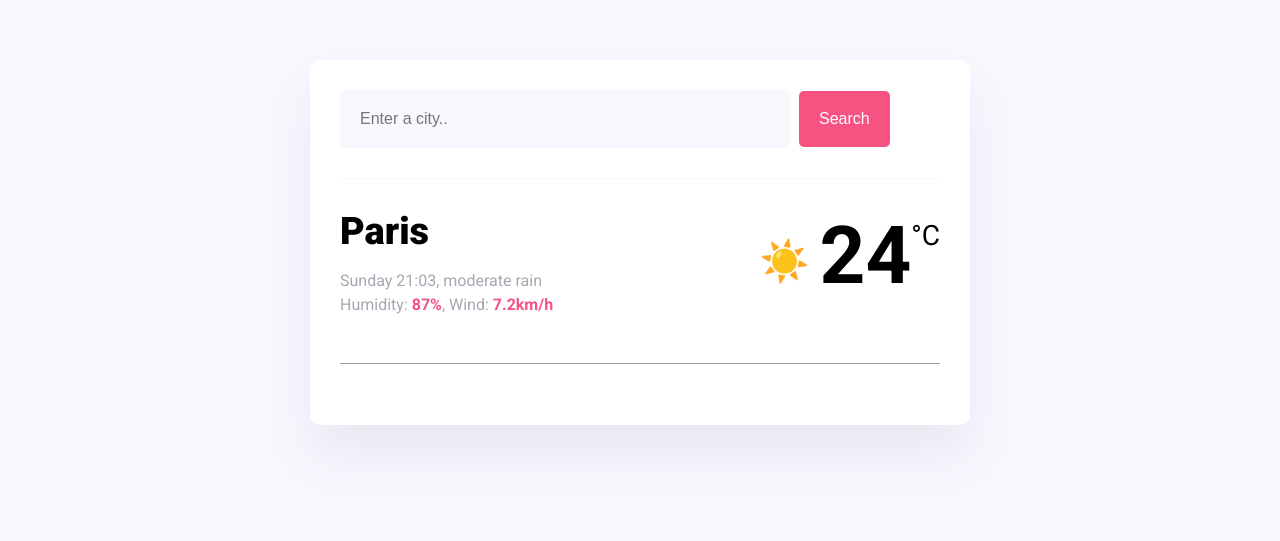
Repository: RuthTom711/weather-app-project
Page: index.html
The author's editor kept a copy of each file at every save. The page is drawn from the files as they stood at one save, then again after the next save.
The browser window is 1280 px wide. The pictures show the whole page.
Some web libraries are served in a nearby version.

Above is the page before, as saved 2025-11-10 03:18:40.

### index.html
<!DOCTYPE html>
<html lang="en">
  <head>
    <meta charset="UTF-8" />
    <meta name="viewport" content="width=device-width, initial-scale=1.0" />
    <link rel="preconnect" href="https://fonts.googleapis.com" />
    <link rel="preconnect" href="https://fonts.gstatic.com" crossorigin />
    <script src="https://cdn.jsdelivr.net/npm/axios@1.6.7/dist/axios.min.js"></script>
    <link
      href="https://fonts.googleapis.com/css2?family=Roboto:ital,wght@0,100;0,400;0,500;0,700;0,900;1,100;1,300;1,400;1,500;1,700;1,900&display=swap"
      rel="stylesheet"
    />
    <link rel="stylesheet" href="styles.css" />
    <title>My weather application</title>
  </head>
  <body>
    <div class="weather-app">
      <header>
        <form id="search-form">
          <input
            type="search"
            placeholder="Enter a city.."
            required
            class="search-input"
            id="search-input"
          />
          <input type="submit" value="Search" class="search-button" />
        </form>
      </header>
      <main>
        <div class="current-weather">
          <div>
            <h1 class="current-city" id="current-city">Paris</h1>
            <p class="current-details">
              <span id="current-date"></span>, moderate rain <br />
              Humidity: <strong>87%</strong>, Wind: <strong>7.2km/h</strong>
            </p>
          </div>
          <div class="current-temperature">
            <span class="current-temperature-icon">☀️</span
            ><span
              class="current-temperature-value"
              id="current-temperature-value"
              >24</span
            ><span class="current-temperature-unit">°C</span>
          </div>
        </div>
      </main>
      <footer>
        <p>

        </p>
      </footer>
    </div>
  </body>
  <script src="index.js"></script>
</html>

### styles.css
body {
    background: #f9f7fe;
    font-family: "Roboto", sans-serif;
}

a {
    color: #f65282;
}

.weather-app {
    background: white;
    max-width: 600px;
    margin: 60px auto;
    padding: 30px;
    border-radius: 10px;
    box-shadow: 0 30px 50px rgba(65, 50, 100, 0.08);
}

header {
    border-bottom: 1px solid #f9f7fe;
    padding-bottom: 30px;
}

.search-input {
    background-color: #f9f7fe;
    border: none;
    color: rgba(39, 33, 66, 0.4);
    font-size: 16px;
    padding: 20px;
    width: 75%;
    border-radius: 6px;
}

.search-button {
    margin-left: 5px;
    font-size: 16px;
    background-color: #f65282;
    color: white;
    border: none;
    padding: 20px;
    line-height: 1;
    border-radius: 5px;
}

main {
    padding: 30px 0;
}

.current-temperature {
    font-size: 48px;
}

.current-weather {
    display: flex;
    justify-content: space-between;
}

.current-city {
    font-size: 38px;
    font-weight: 900;
    margin: 0;
}

.current-details {
    color: rgba(39, 33, 66, 0.4);
    font-size: 16px;
    font-weight: 400;
    line-height: 24px;
}

.current-details strong {
    color: #f65282;
}

.current-temperature-icon {
    position: relative;
    top: -8px;
    font-size: 40px;
    margin-right: 10px;
}

.current-temperature-value {
    font-size: 80px;
    font-weight: bold;
}

.current-temperature-unit {
    font-size: 28px;
    position: relative;
    top: -38px;
}

footer {
    border-top: 1px solid #27214270;
    text-align: center;
    padding-top: 15px;

    color: rgba(39, 33, 66, 0.44);
}

### index.js
function search(event) { event.preventDefault();
let searchInputElement = document.querySelector("#search-input");
let cityElement = document.querySelector("#current-city");
let city = searchInputElement.value; cityElement.innerHTML = city;
let apiKey = "2bf02005obb4ft73c247eba0b4e8f73d";
let apiUrl = `https://api.shecodes.io/weather/v1/current?query=${city}&key=${apiKey}`;

axios.get(apiUrl).then(displayTemperature);
 }
function displayTemperature(response) {
console.log(response.data);
let temperature = Math.round(response.data.temperature.current);
let temperatureElement = document.querySelector("#current-temperature-value"); temperatureElement.innerHTML = temperature;
}
function formatDate(date) {
  let minutes = date.getMinutes();
  let hours = date.getHours();
  let day = date.getDay();

  if (minutes < 10) {
    minutes = `0${minutes}`;
  }

  if (hours < 10) {
    hours = `0${hours}`;
  }

  let days = [
    "Sunday",
    "Monday",
    "Tuesday",
    "Wednesday",
    "Thursday",
    "Friday",
    "Saturday",
  ];

  let formattedDay = days[day];
  return `${formattedDay} ${hours}:${minutes}`;
}

let searchForm = document.querySelector("#search-form");
searchForm.addEventListener("submit", search);

let currentDateElement = document.querySelector("#current-date");
let currentDate = new Date();

currentDateElement.innerHTML = formatDate(currentDate);

After the next save:
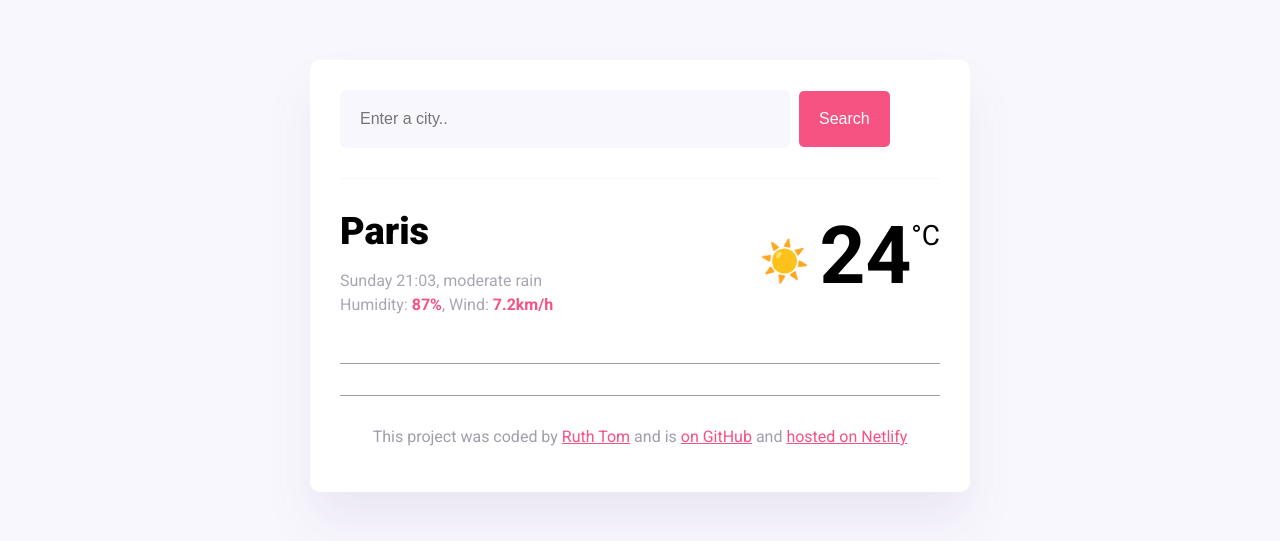
Saved 24 s later.
--- a/index.html
+++ b/index.html
@@ -48,7 +48,14 @@
       </main>
       <footer>
         <p>
-
+         <footer>
+  <p>
+    This project was coded by
+    <a href="https://github.com/RuthTom711" target="_blank">Ruth Tom</a> and is
+    <a href="https://github.com/RuthTom711/weather-app-project" target="_blank"> on GitHub</a> and
+    <a href="https://thee-weather-app-project.netlify.app" target="_blank">hosted on Netlify</a>
+  </p>
+</footer>
         </p>
       </footer>
     </div>
